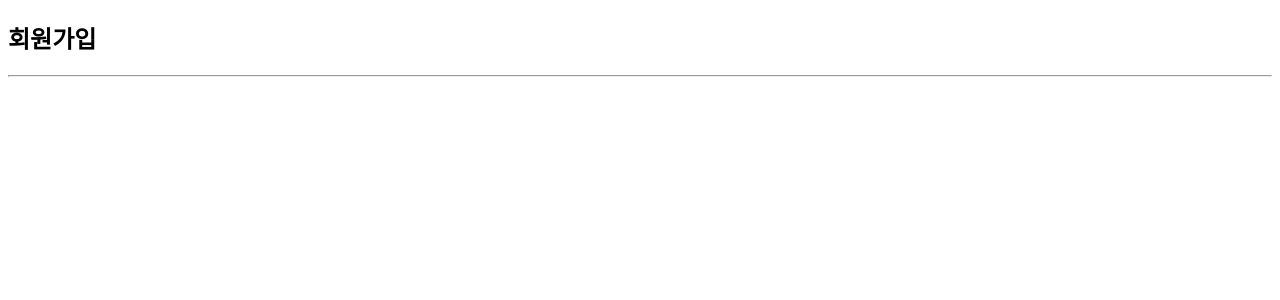
Repository: ineble/demo1
Page: test/src/main/webapp/ch03/regfrom1.html
The author's editor kept a copy of each file at every save. The page is drawn from the files as they stood at one save, then again after the next save.
The browser window is 1280 px wide. The pictures show the whole page.

Above is the page before, as saved 2022-08-03 00:29:44.

After the next save:
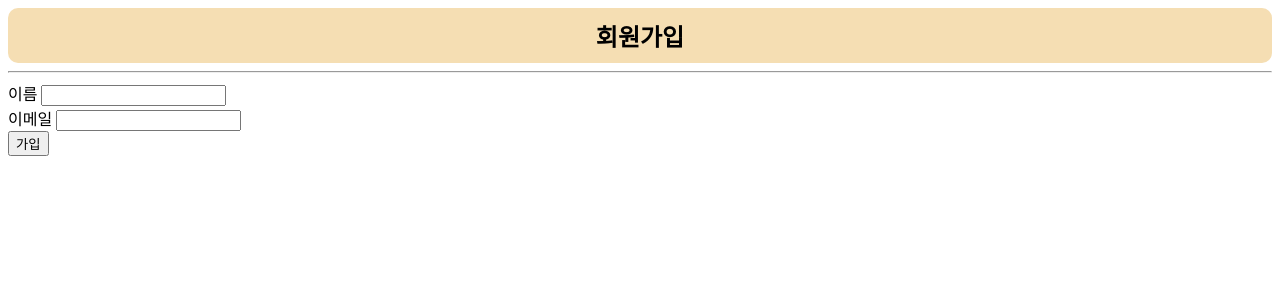
Saved 3 min 29 s later.
--- a/test/src/main/webapp/ch03/regfrom1.html
+++ b/test/src/main/webapp/ch03/regfrom1.html
@@ -3,7 +3,17 @@
 <head>
 <meta charset="utf-8">
 <title>Insert title here</title>
+<style type="text/css">
+	h2 {
+		background-color: wheat;
+		text-align : center;
+		width : 100%;
+		padding : 10px 0px;
+		border-radius : 10px;
+		margin : auto;
+	}
 
+</style>
 
 </head>
 <body>
@@ -11,8 +21,11 @@
 	<hr>
 	<div id="regform">
 		<form name="form1">
-
-
+			<label>이름</label>
+			<input type="text" name="name"> <br>
+			<label>이메일</label>
+			<input type="email" name="email"> <br>
+			<button onclick="join()">가입</button>
 		</form>
 	</div>
 </body>
